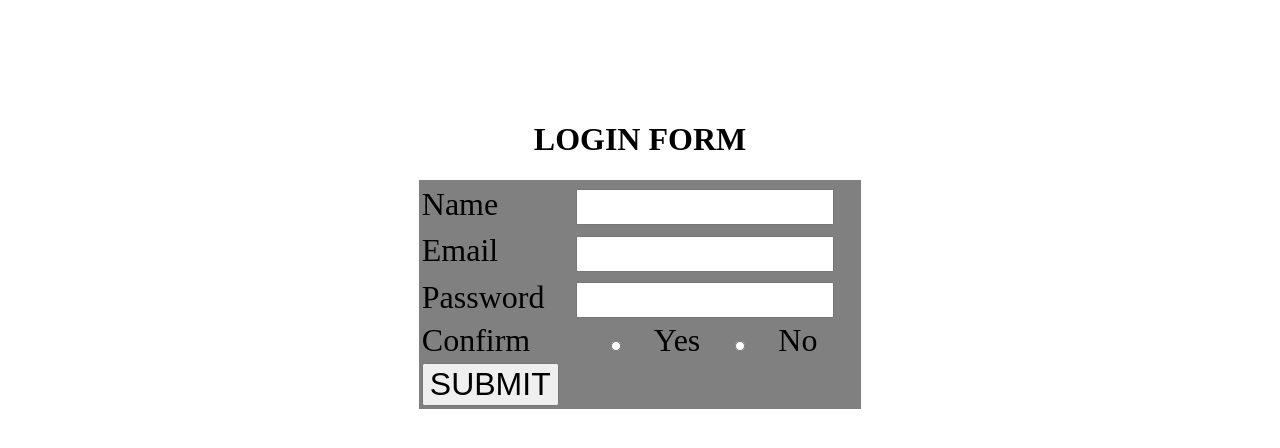
Repository: obusakthi539/Loginform
Page: Login.html
The author's editor kept a copy of each file at every save. The page is drawn from the files as they stood at one save, then again after a run of saves.
The browser window is 1280 px wide. The pictures show the whole page.

Above is the page before, as saved 2025-01-10 18:25:46.

After the next 3 saves:
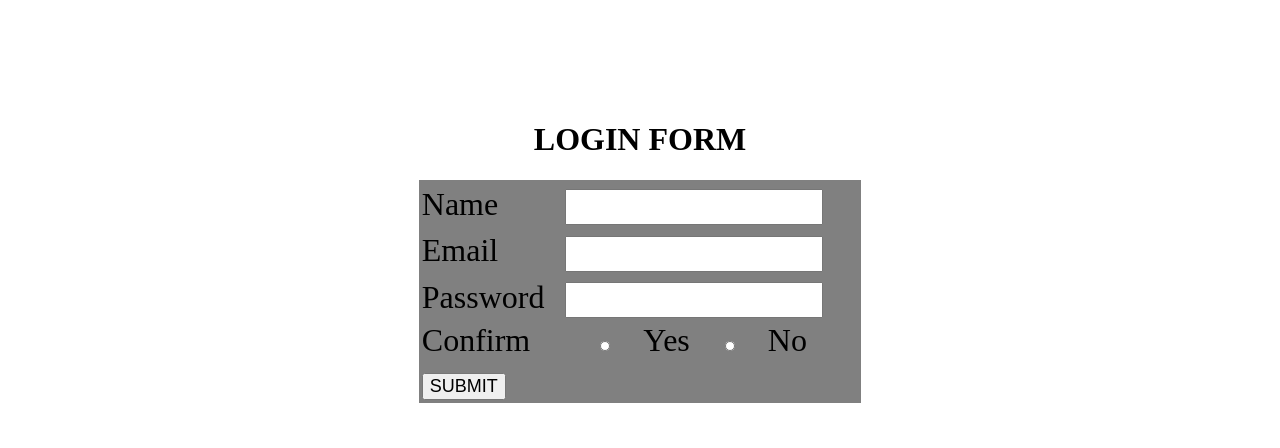
The 3 saves are shown as one change because they came seconds apart.
The last was saved 49 s later.
--- a/Login.html
+++ b/Login.html
@@ -29,7 +29,7 @@
             height: 10px;
         }
         button{
-            font-size: xx-large;
+            font-size:large;
         }
     </style>
 </head>
